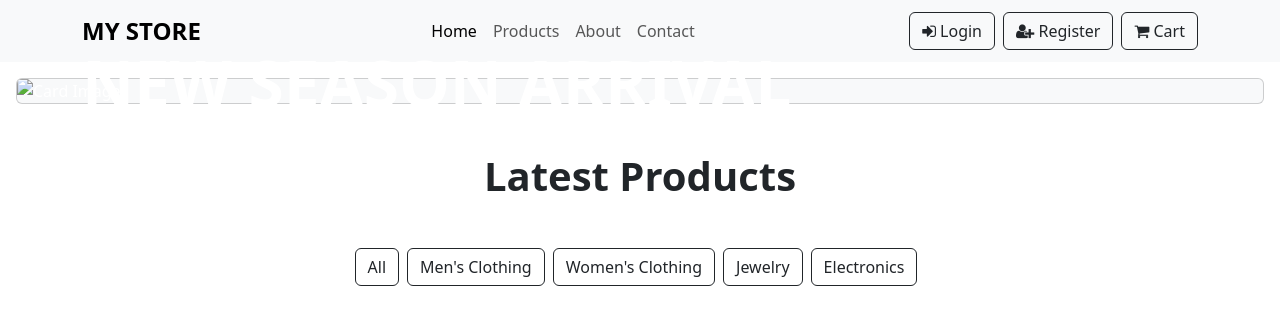
Repository: asad3407886839/E-commerce-Store
Page: /products (app in vite-project/)
An editor plug-in stored every save of this project. The page is shown before and after the next save, followed by the edit.
The browser window is 1280 px wide. The pictures show the whole page.
The page's requests for data from a server got no answer. The project was rebuilt for these pictures with package versions that can differ from the ones it lists, and the page was loaded fresh each time. No one was signed in, and anything a server would have sent is missing. Also part of the build but not shown: vite-project/vite.config.js, vite-project/src/index.css.

Above is the page before, as saved 2024-06-29 19:56:06.

### vite-project/src/main.jsx
import React from 'react';
import ReactDOM from 'react-dom/client';
import App from './App.jsx';
import './index.css';
import 'bootstrap/dist/css/bootstrap.min.css';
import 'bootstrap/dist/js/bootstrap.bundle';
import 'font-awesome/css/font-awesome.min.css';

ReactDOM.createRoot(document.getElementById('root')).render(

    <App />
);

### vite-project/src/App.jsx
import React from 'react';
import Navbar from './components/Navbar';
import Home from './components/Home';
import Products from './components/Products';
// import { BrowserRouter, Routes, Route } from 'react-router-dom';

const App = () => {
  return (
    <div>
      <Navbar />
      <Home />
      <Products />
    </div>
  );
};

export default App;

### vite-project/src/components/Navbar.jsx
import React from 'react';

const Navbar = () => {
  return (
    <div>
      <nav className="navbar navbar-expand-lg navbar-light bg-light">
        <div className="container">
          <a className="navbar-brand fw-bold fs-4" href="/">MY STORE</a>
          <button
            className="navbar-toggler"
            type="button"
            data-bs-toggle="collapse"
            data-bs-target="#navbarSupportedContent"
            aria-controls="navbarSupportedContent"
            aria-expanded="false"
            aria-label="Toggle navigation"
          >
            <span className="navbar-toggler-icon"></span>
          </button>
          <div className="collapse navbar-collapse" id="navbarSupportedContent">
            <ul className="navbar-nav mx-auto mb-2 mb-lg-0">
              <li className="nav-item">
                <a className="nav-link active" aria-current="page" href="/">Home</a>
              </li>
              <li className="nav-item">
                <a className="nav-link" href="/products">Products</a>
              </li>
              <li className="nav-item">
                <a className="nav-link" href="/about">About</a>
              </li>
              <li className="nav-item">
                <a className="nav-link" href="/contact">Contact</a>
              </li>
            </ul>
            <div className="buttons">
              <a href="/login" className="btn btn-outline-dark">
                <i className="fa fa-sign-in"></i> Login
              </a>
              <a href="/register" className="btn btn-outline-dark ms-2">
                <i className="fa fa-user-plus"></i> Register
              </a>
              <a href="/cart" className="btn btn-outline-dark ms-2">
                <i className="fa fa-shopping-cart"></i> Cart
              </a>
            </div>
          </div>
        </div>
      </nav>
    </div>
  );
};

export default Navbar;

### vite-project/src/components/Home.jsx
import React from 'react';

const Home = () => {
  return (
    <div className="hero">
       <div className="card text-white bg-light position-relative m-3" >
       <img
          src="https://avatars.mds.yandex.net/i?id=39f40d791f1f7c86e921481b05da4f674ca95710-12803937-images-thumbs&n=13"
          className="card-img"
          alt="Card Image"
          style={{ maxHeight: '750px', width: 'auto' }}
        />
        <div className="card-img-overlay d-flex align-items-center justify-content-start">
          <div className="container text-start">
            <h5 className="card-title display-3 fw-bold mb-0 text-white">NEW SEASON ARRIVAL</h5>
            <p className="card-text text-uppercase text-white">Check Out All Trends</p>
          </div>
        </div>
      </div>
    </div>
  );
};

export default Home;

### vite-project/src/components/Products.jsx
import React, { useState, useEffect } from 'react';

const Products = () => {
  const [data, setData] = useState([]);
  const [loading, setLoading] = useState(false);
  const [category, setCategory] = useState('All'); // State to track selected category

  useEffect(() => {
    let componentMounted = true;
    const fetchProducts = async () => {
      setLoading(true);
      try {
        const response = await fetch('https://fakestoreapi.com/products');
        const result = await response.json();
        if (componentMounted) {
          setData(result);
          setLoading(false);
        }
      } catch (error) {
        console.error("Error fetching data:", error);
        setLoading(false);
      }
    };

    fetchProducts();

    return () => {
      componentMounted = false;
    };
  }, []);

  const filterProducts = (category) => {
    if (category === 'All') {
      setData(result); // Reset to all products
    } else {
      const filteredProducts = result.filter(product => product.category === category);
      setData(filteredProducts);
    }
  };

  const showProducts = () => {
    return (
      <>
        <div className="buttons d-flex justify-content-center mb-3">
          <button className="btn btn-outline-dark me-2" onClick={() => filterProducts('All')}>All</button>
          <button className="btn btn-outline-dark me-2" onClick={() => filterProducts("Men's Clothing")}>Men's Clothing</button>
          <button className="btn btn-outline-dark me-2" onClick={() => filterProducts("Women's Clothing")}>Women's Clothing</button>
          <button className="btn btn-outline-dark me-2" onClick={() => filterProducts('Jewelry')}>Jewelry</button>
          <button className="btn btn-outline-dark me-2" onClick={() => filterProducts('Electronics')}>Electronics</button>
        </div>
        <div className="row row-cols-1 row-cols-md-3 g-3">
          {data.map((product) => (
            <div key={product.id} className="col-12 col-md-3 mb-4 mt-5">
              <div className="card text-center p-3">
                <img
                  src={product.image}
                  className="card-img-top"
                  alt={product.title}
                  style={{ maxHeight: '250px' }}
                />
                <div className="card-body">
                  <h5 className="card-title">{product.title}</h5>
                  <p className="card-text lead fw-bold">${product.price}</p>
                  <a href="#" className="btn btn-outline-dark">
                    Buy Now
                  </a>
                </div>
              </div>
            </div>
          ))}
        </div>
      </>
    );
  };

  return (
    <div className="container-fluid my-5">
      <h1 className="display-6 fw-bolder text-center mb-4">Latest Products</h1>
      <div className="mx-5 my-5">
        {showProducts()}
      </div>
    </div>
  );
};

export default Products;

Loaded but not shown: vite-project/index.html (common file)

After the next save:
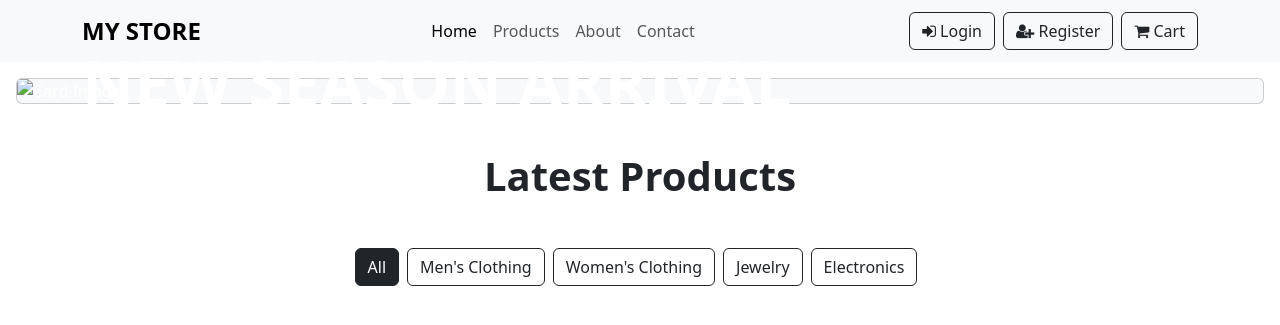
Saved 2 min 12 s later.
--- a/vite-project/src/components/Products.jsx
+++ b/vite-project/src/components/Products.jsx
@@ -6,50 +6,40 @@ const Products = () => {
   const [category, setCategory] = useState('All'); // State to track selected category
 
   useEffect(() => {
-    let componentMounted = true;
     const fetchProducts = async () => {
       setLoading(true);
       try {
         const response = await fetch('https://fakestoreapi.com/products');
         const result = await response.json();
-        if (componentMounted) {
-          setData(result);
-          setLoading(false);
-        }
+        setData(result);
       } catch (error) {
         console.error("Error fetching data:", error);
+      } finally {
         setLoading(false);
       }
     };
 
     fetchProducts();
-
-    return () => {
-      componentMounted = false;
-    };
   }, []);
 
   const filterProducts = (category) => {
-    if (category === 'All') {
-      setData(result); // Reset to all products
-    } else {
-      const filteredProducts = result.filter(product => product.category === category);
-      setData(filteredProducts);
-    }
+    setCategory(category); // Update selected category
   };
+
+  const filteredProducts = category === 'All' ? data : data.filter(product => product.category === category);
 
   const showProducts = () => {
     return (
       <>
         <div className="buttons d-flex justify-content-center mb-3">
-          <button className="btn btn-outline-dark me-2" onClick={() => filterProducts('All')}>All</button>
-          <button className="btn btn-outline-dark me-2" onClick={() => filterProducts("Men's Clothing")}>Men's Clothing</button>
-          <button className="btn btn-outline-dark me-2" onClick={() => filterProducts("Women's Clothing")}>Women's Clothing</button>
-          <button className="btn btn-outline-dark me-2" onClick={() => filterProducts('Jewelry')}>Jewelry</button>
-          <button className="btn btn-outline-dark me-2" onClick={() => filterProducts('Electronics')}>Electronics</button>
+          <button className={`btn btn-outline-dark me-2 ${category === 'All' ? 'active' : ''}`} onClick={() => filterProducts('All')}>All</button>
+          <button className={`btn btn-outline-dark me-2 ${category === "Men's Clothing" ? 'active' : ''}`} onClick={() => filterProducts("Men's Clothing")}>Men's Clothing</button>
+          <button className={`btn btn-outline-dark me-2 ${category === "Women's Clothing" ? 'active' : ''}`} onClick={() => filterProducts("Women's Clothing")}>Women's Clothing</button>
+          <button className={`btn btn-outline-dark me-2 ${category === 'Jewelry' ? 'active' : ''}`} onClick={() => filterProducts('Jewelry')}>Jewelry</button>
+          <button className={`btn btn-outline-dark me-2 ${category === 'Electronics' ? 'active' : ''}`} onClick={() => filterProducts('Electronics')}>Electronics</button>
         </div>
         <div className="row row-cols-1 row-cols-md-3 g-3">
-          {data.map((product) => (
+          {filteredProducts.map((product) => (
             <div key={product.id} className="col-12 col-md-3 mb-4 mt-5">
               <div className="card text-center p-3">
                 <img
@@ -73,6 +63,10 @@ const Products = () => {
     );
   };
 
+  if (loading) {
+    return <div className="mx-5 my-5">Loading...</div>;
+  }
+
   return (
     <div className="container-fluid my-5">
       <h1 className="display-6 fw-bolder text-center mb-4">Latest Products</h1>
